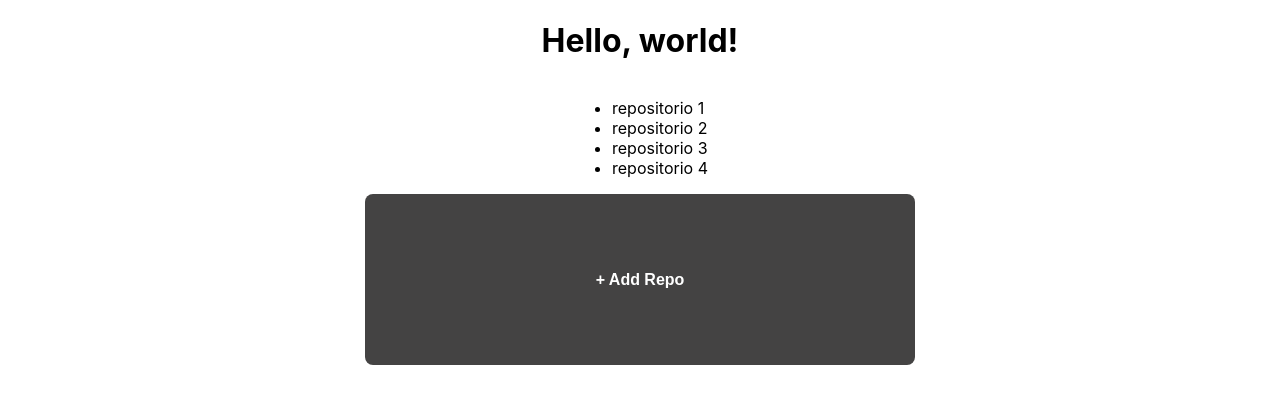
Repository: thiagolucio/react-hooks-use
Page: /
These files come from the project's save history. The page is drawn as it stood at one moment and after the next save; the edit follows.
The browser window is 1280 px wide. The pictures show the whole page.
The project was rebuilt for these pictures with package versions that can differ from the ones it lists, and the page was loaded fresh each time.

Above is the page before, as saved 2022-03-08 17:01:21.

### src/index.css
body {
  margin: 0;
  padding: 0;
  overflow-x: hidden;
  font-family: -apple-system, BlinkMacSystemFont, 'Segoe UI', 'Roboto', 'Oxygen',
    'Ubuntu', 'Cantarell', 'Fira Sans', 'Droid Sans', 'Helvetica Neue',
    sans-serif;
  -webkit-font-smoothing: antialiased;
  -moz-osx-font-smoothing: grayscale;
}

code {
  font-family: source-code-pro, Menlo, Monaco, Consolas, 'Courier New',
    monospace;
}

.container_column_center {
  display: flex;
  flex-direction: column;
  justify-content: flex-start;
  align-items: center;
}

.container_row_center {
  display: flex;
  flex-direction: row;
  justify-content: flex-start;
}


.font18px {font-size: 18px;}
.font20px {font-size: 20px;}
.font22px {font-size: 22px;}
.font24px {font-size: 24px;}

### src/App.js
import React from "react";
import './App.css';

import UseStateExample from "./Components/UseStateExample";



function App() {
  return (
    <>
      <UseStateExample />
    </>
  );
}

export default App;

### src/Components/UseStateExample.js
import React, { useState } from "react";
import "./UseStateExample.css";

function UseStateExample() {

  const [repositories, setRepositories] = useState([
    { id: 1, name: "repositorio 1" },
    { id: 2, name: "repositorio 2" },
    { id: 3, name: "repositorio 3" },
    { id: 4, name: "repositorio 4" },
  ]);

    function handleAddRepo() {

        let numName  = repositories.length + 1;

        setRepositories([...repositories, { id: Math.random(), name: "repositorio " + numName}]);
    }

  return (
    <div className="container">
      <h1>Hello, world!</h1>
      <ul>
        {repositories.map((repo) => (
          <li key={repo.id}>{repo.name}</li>
        ))}
      </ul>
      <button className="buttonApp" onClick={handleAddRepo}>+ Add Repo</button>
    </div>
  );
}

export default UseStateExample;

### src/Components/UseStateExample.css
.buttonApp {
    font-size: 16px;
    padding: 6% 18%;
    background-color: rgb(68, 67, 67);
    color: #fff;
    font-weight: bold;
    border: none;
    border-radius: 8px;
}

Loaded but not shown: public/index.html (common file); src/index.js (common file); src/reportWebVitals.js (common file); src/App.css (common file)

After the next save:
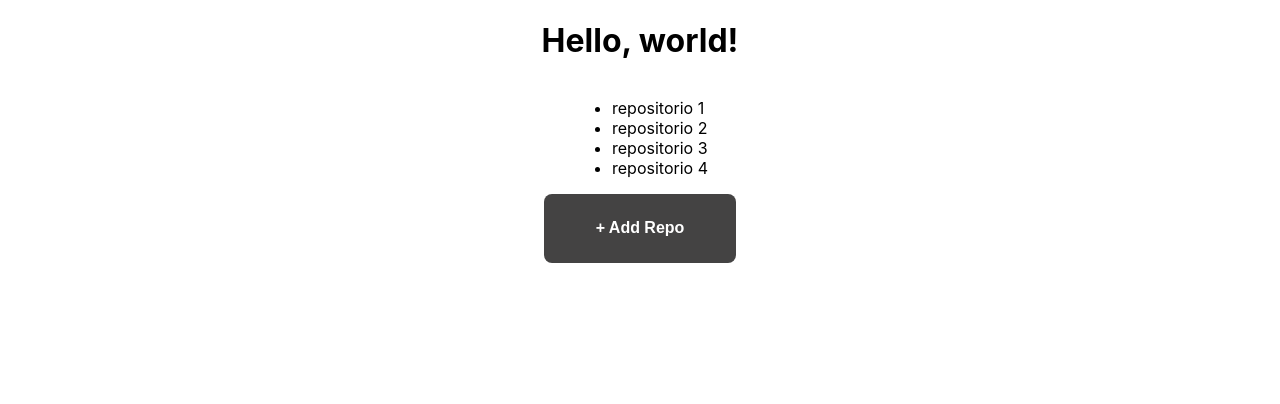
Saved 9 s later.
--- a/src/Components/UseStateExample.css
+++ b/src/Components/UseStateExample.css
@@ -1,6 +1,6 @@
 .buttonApp {
     font-size: 16px;
-    padding: 6% 18%;
+    padding: 2% 4%;
     background-color: rgb(68, 67, 67);
     color: #fff;
     font-weight: bold;
